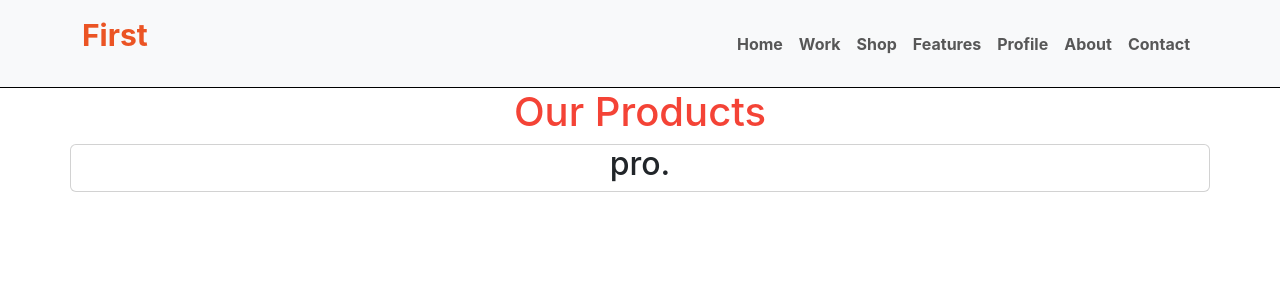
Repository: Hager-h/temple
Page: /shop
These files come from the project's save history. The page is drawn as it stood at one moment and after the next save; the edit follows.
The browser window is 1280 px wide. The pictures show the whole page.
The page's requests for data from a server got no answer. The project was rebuilt for these pictures with package versions that can differ from the ones it lists, and the page was loaded fresh each time. No one was signed in, and anything a server would have sent is missing. Also part of the build but not shown: src/components/work/work.css, src/components/hook/Hook.js, src/components/work/Work.js, src/components/hook2/Hook2.js, src/components/portfolio/Portfolio.js, src/components/footer/Footer.js, src/components/social/Social.js, src/components/about/About.js and 4 more.

Above is the page before, as saved 2023-07-14 06:40:42.

After the next save:
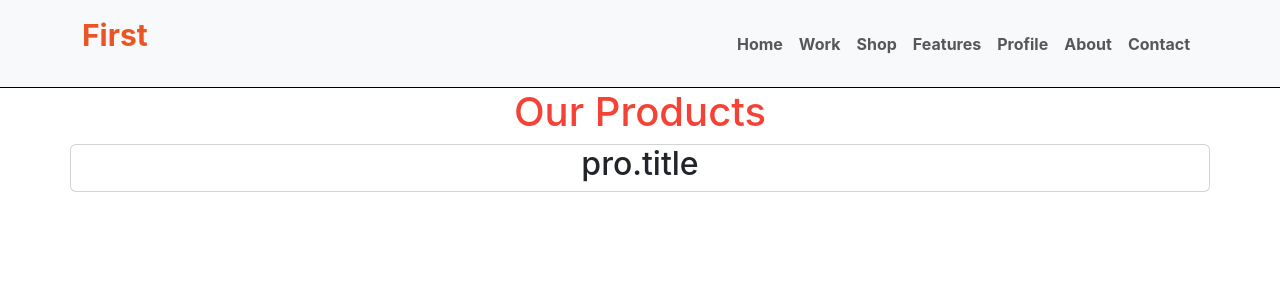
Saved 4 s later.
--- a/src/components/Shop/Shop.js
+++ b/src/components/Shop/Shop.js
@@ -22,7 +22,7 @@ const [products,setproducts]=useState([])
     <div className="row ">
     <h1>Our Products</h1>
       <div className="card">
-      <h2>pro.</h2>
+      <h2>pro.title</h2>
 
       </div>
     </div>
